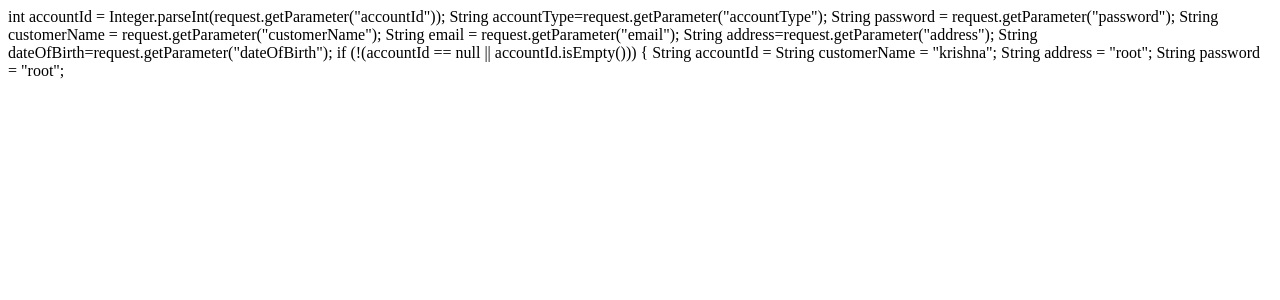
Repository: laikrish/day10
Page: http://localhost/BankApp/database.jsp
The author's editor kept a copy of each file at every save. The page is drawn from the files as they stood at one save, then again after the next save.
The browser window is 1280 px wide. The pictures show the whole page.
The page is served by Tomcat 9. Other server files are loaded and not shown.

Above is the page before, as saved 2018-09-12 10:17:53.

### BankApp/WebContent/database.jsp
<%@ page language="java" contentType="text/html; charset=ISO-8859-1"
    pageEncoding="ISO-8859-1"%>
<!DOCTYPE html>
<html>
<head>
<meta charset="ISO-8859-1">
<title>Insert title here</title>
</head>
<body>


int accountId = Integer.parseInt(request.getParameter("accountId"));
String accountType=request.getParameter("accountType");
String password = request.getParameter("password");
String customerName = request.getParameter("customerName");
String email = request.getParameter("email");
String address=request.getParameter("address");
String dateOfBirth=request.getParameter("dateOfBirth");
if (!(accountId == null || accountId.isEmpty())) {

String accountId =
String customerName = "krishna";
String address = "root";
String password = "root";

After the next save:
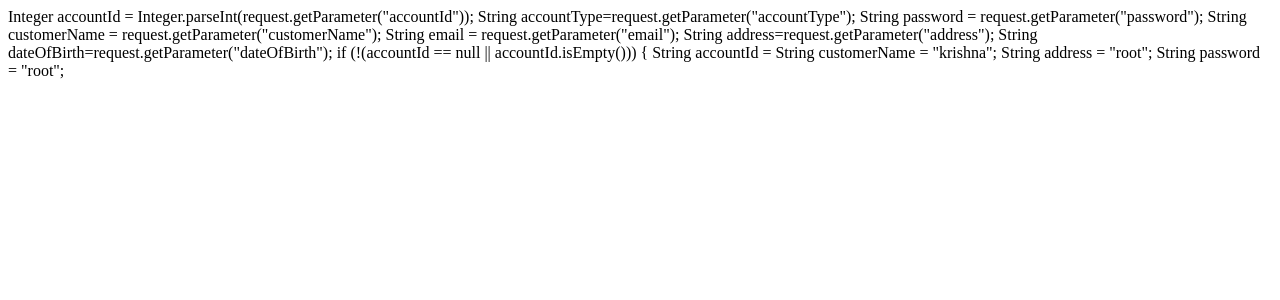
Saved 14 s later.
--- a/BankApp/WebContent/database.jsp
+++ b/BankApp/WebContent/database.jsp
@@ -9,7 +9,7 @@
 <body>
 
 
-int accountId = Integer.parseInt(request.getParameter("accountId"));
+Integer accountId = Integer.parseInt(request.getParameter("accountId"));
 String accountType=request.getParameter("accountType");
 String password = request.getParameter("password");
 String customerName = request.getParameter("customerName");
